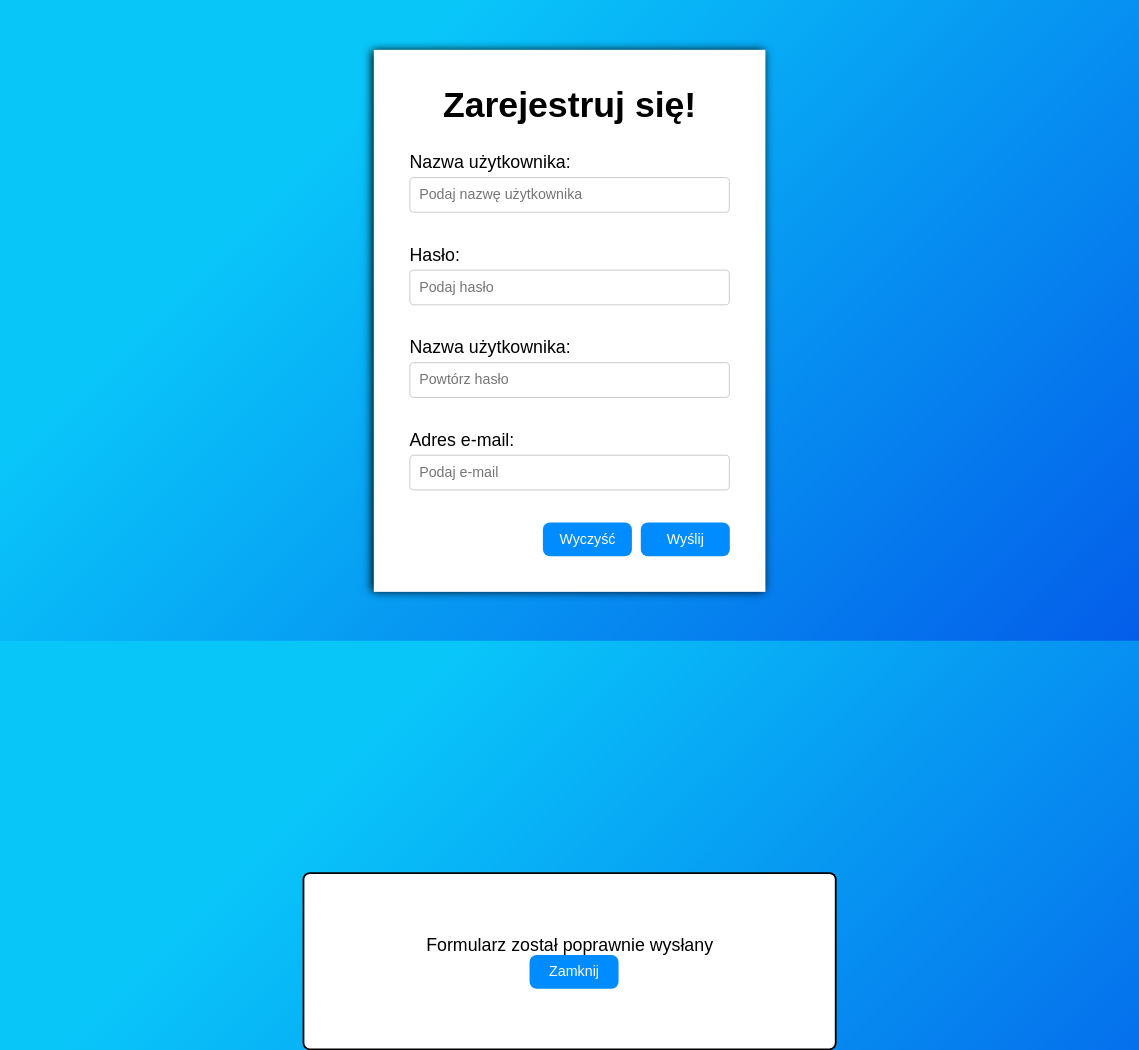
Repository: KrzysKolo/Projekt-3_Formularz-rejestracyjny
Page: index.html
These files come from the project's save history. The page is drawn as it stood at one moment and after the next save; the edit follows.
The browser window is 1280 px wide. The pictures show the whole page, at 89% of full size.
Some web fonts or font styles are not loaded; a fallback is used.

Above is the page before, as saved 2020-07-04 03:45:33.

### index.html
<!DOCTYPE html>
<html lang="en">
  <head>
    <meta charset="UTF-8" />
    <meta name="viewport" content="width=device-width, initial-scale=1.0" />
    <title>Projekt 3 - Logowanie</title>
    <link
      href="https://fonts.googleapis.com/css2?family=Aldrich&family=Overpass+Mono:wght@300&display=swap"
      rel="stylesheet"
    />
    <link rel="stylesheet" href="./css/style.css" />
  </head>
  <body>
    <main class="wrapper">
      <form class="form">
        <h1>Zarejestruj się!</h1>
        <div class="form-box">
          <label for="username">Nazwa użytkownika: </label>
          <input
            type="text"
            id="username"
            placeholder="Podaj nazwę użytkownika"
          />
          <p class="error-text">error</p>
        </div>

        <div class="form-box">
          <label for="password">Hasło: </label>
          <input type="password" id="password" placeholder="Podaj hasło" />
          <p class="error-text">error</p>
        </div>

        <div class="form-box">
          <label for="password2">Nazwa użytkownika: </label>
          <input type="password" id="password2" placeholder="Powtórz hasło" />
          <p class="error-text">error</p>
        </div>

        <div class="form-box">
          <label for="email">Adres e-mail: </label>
          <input type="email" id="email" placeholder="Podaj e-mail" />
          <p class="error-text">error</p>
        </div>

        <div class="control-button">
          <button class="clear">Wyczyść</button>
          <button class="send">Wyślij</button>
        </div>

        <div class="popup">
          <p>Formularz został poprawnie wysłany</p>
          <button class="close">Zamknij</button>
        </div>
      </form>
    </main>
  </body>
</html>

### css/style.css
* {
  box-sizing: border-box;
  margin: 0;
  padding: 0;
}
body {
  display: flex;
  justify-content: center;
  align-items: center;
  min-height: 100vh;
  font-family: "Aldrich", sans-serif;
  background-image: linear-gradient(315deg, #045de9 0%, #09c6f9 74%);
}
.wrapper {
  width: 440px;
  background-color: #fff;
  box-shadow: -2px 0 10px #000;
}
.form {
  padding: 40px;
  font-size: 20px;
}
h1 {
  margin-bottom: 30px;
  text-align: center;
}
.form-box {
  margin-bottom: 15px;
}
.form-box label {
  display: inline-block;
  margin-bottom: 5px;
}
.form-box input {
  width: 100%;
  padding: 10px;
  font-size: 16px;
  border: 1px solid rgb(197, 197, 197);
  border-radius: 5px;
}
.form-box.error input {
  border: 1px solid rgb(0, 117, 250);
  background-color: 1px solid rgba(0, 117, 250, 0.1);
}
.form-box .error-text {
  margin: 5px 0 0 10px;
  font-size: 14px;
  color: 1px solid rgb(0, 117, 250);
  font-family: "Overpass Mono", monospace;
  visibility: hidden;
}
.form-box.error .error-text {
  visibility: visible;
}
.control-button {
  display: flex;
  flex-direction: row;
  justify-content: flex-end;
}
.send,
.clear,
.close {
  display: inline-block;
  padding: 10px 0;
  margin-left: 10px;
  width: 100px;
  font-size: 16px;
  background-color: rgb(0, 140, 255);
  color: #fff;
  border: none;
  border-radius: 8px;
  cursor: pointer;
  transition: background-color 0.3s;
}
.send:hover,
.clear:hover,
.close:hover {
  background-color: rgb(0, 107, 194);
}
.popup {
  display: flex;
  justify-content: center;
  align-items: center;
  flex-direction: column;
  position: absolute;
  top: 150%;
  left: 50%;
  transform: translate(-50%, -50%);
  width: 600px;
  height: 200px;
  background-color: #fff;
  border-radius: 8px;
  border: 2px solid black;
}

After the next save:
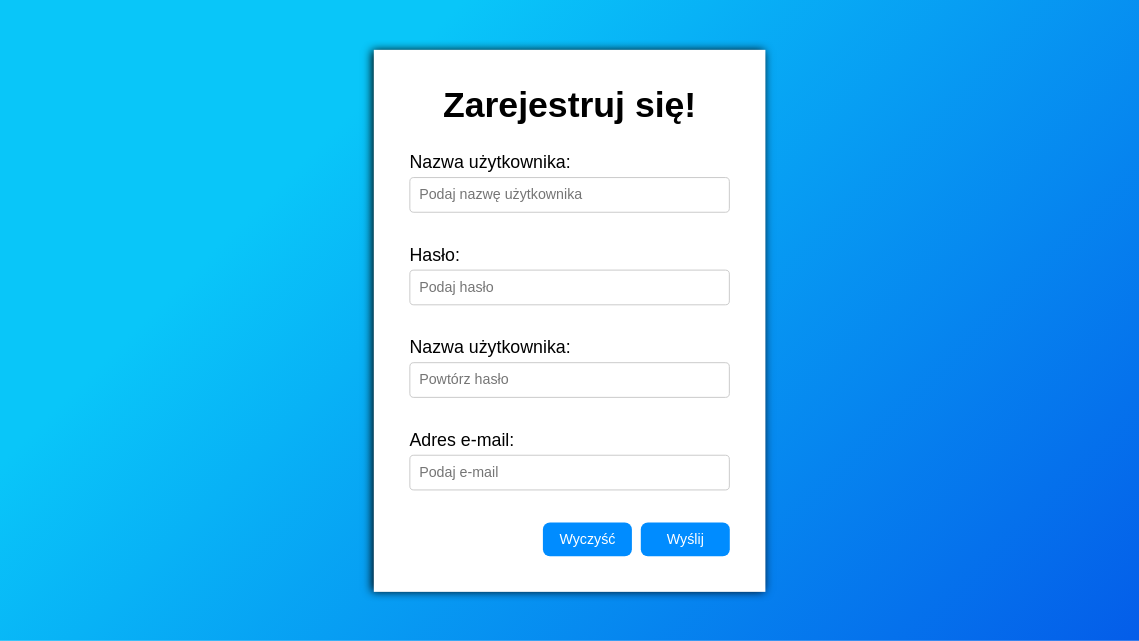
Saved 31 s later.
--- a/css/style.css
+++ b/css/style.css
@@ -83,7 +83,7 @@ h1 {
   align-items: center;
   flex-direction: column;
   position: absolute;
-  top: 150%;
+  top: -150%;
   left: 50%;
   transform: translate(-50%, -50%);
   width: 600px;
